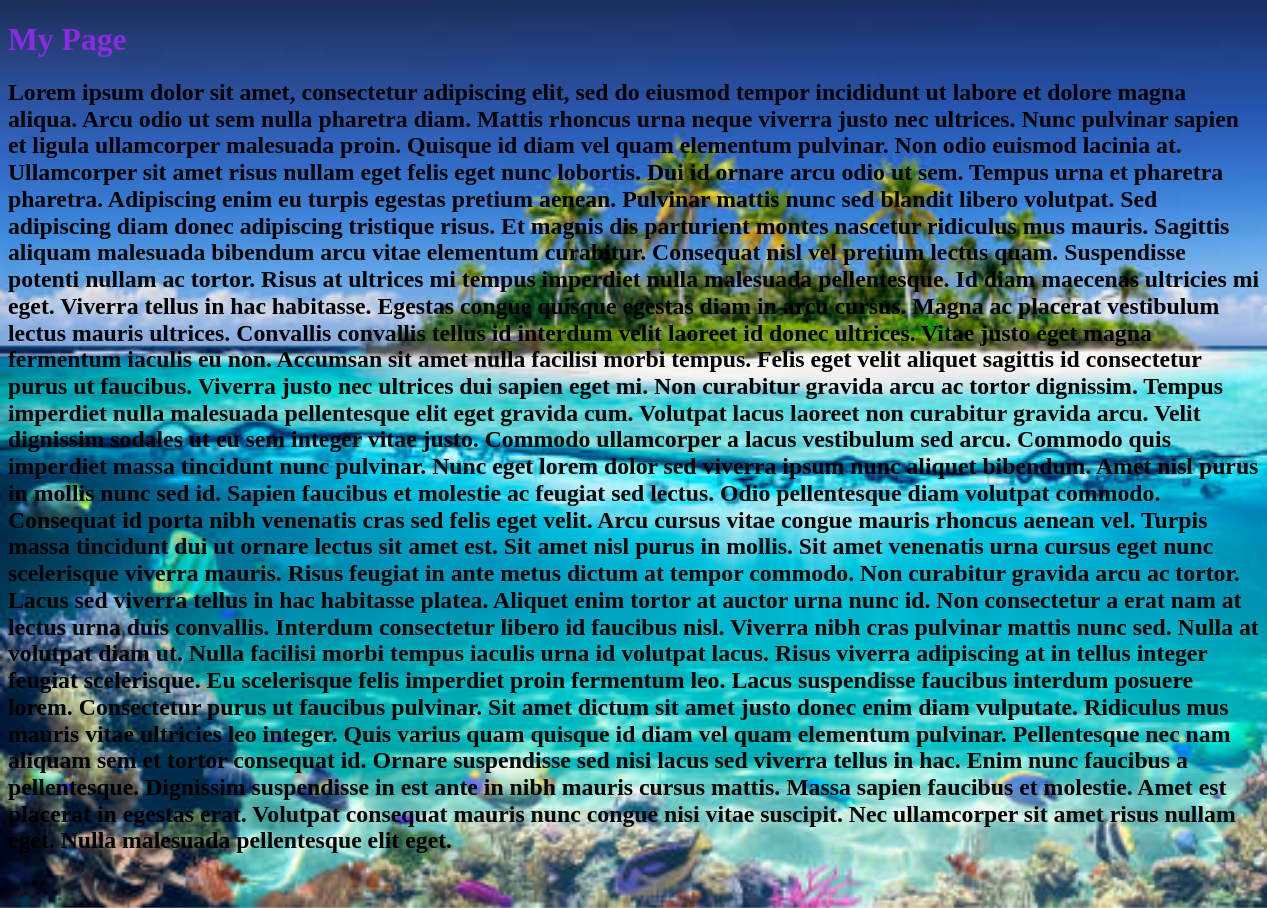
Repository: MelindaN14/My-Personal-Website
Page: portfolio.html
These files come from the project's save history. The page is drawn as it stood at one moment and after a run of saves; the edit follows.
The browser window is 1280 px wide. The pictures show the whole page, at 99% of full size.

Above is the page before, as saved 2024-03-18 21:24:54.

After the next 4 saves:
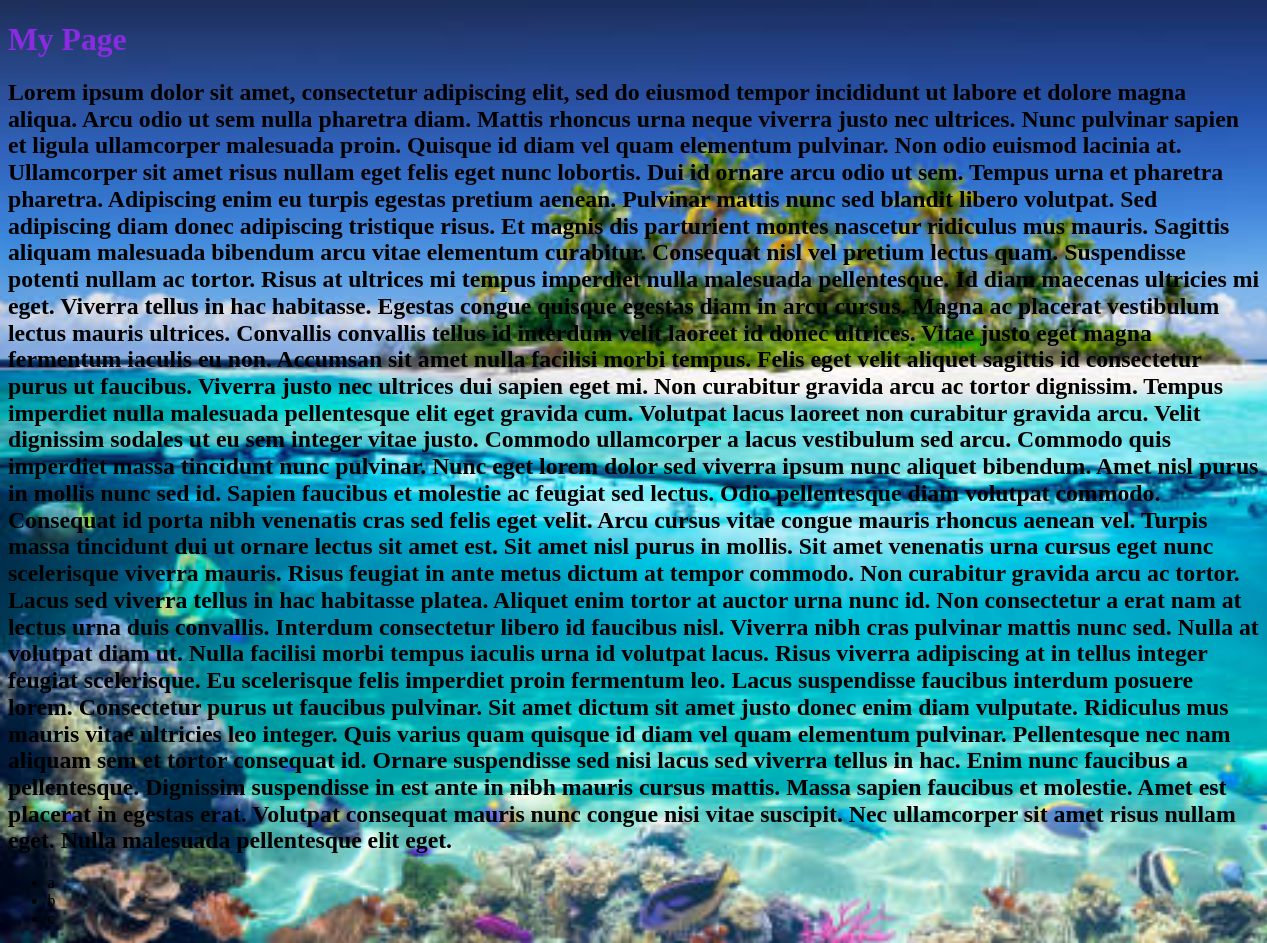
The 4 saves are shown as one change because they came seconds apart.
The last was saved 16 s later.
--- a/portfolio.html
+++ b/portfolio.html
@@ -19,7 +19,9 @@ Risus feugiat in ante metus dictum at tempor commodo. Non curabitur gravida arcu
 Eu scelerisque felis imperdiet proin fermentum leo. Lacus suspendisse faucibus interdum posuere lorem. Consectetur purus ut faucibus pulvinar. Sit amet dictum sit amet justo donec enim diam vulputate. Ridiculus mus mauris vitae ultricies leo integer. Quis varius quam quisque id diam vel quam elementum pulvinar. Pellentesque nec nam aliquam sem et tortor consequat id. Ornare suspendisse sed nisi lacus sed viverra tellus in hac. Enim nunc faucibus a pellentesque. Dignissim suspendisse in est ante in nibh mauris cursus mattis. Massa sapien faucibus et molestie. Amet est placerat in egestas erat. Volutpat consequat mauris nunc congue nisi vitae suscipit. Nec ullamcorper sit amet risus nullam eget. Nulla malesuada pellentesque elit eget.</h2>
 
 <ul>
-    <li></li>
+    <li>a</li>
+    <li>b</li>
+    <li>c</li>
 </ul>
 </body>
 </html>
